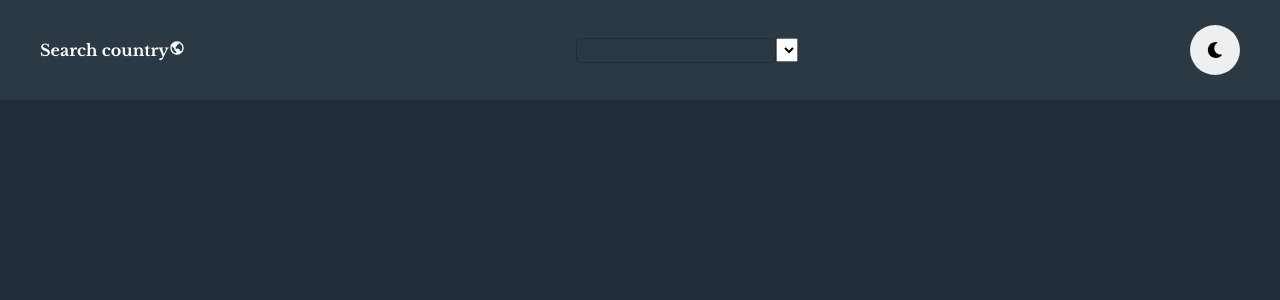
Repository: YuraKrvz/country_search
Page: /
These files come from the project's save history. The page is drawn as it stood at one moment and after the next save; the edit follows.
The browser window is 1280 px wide. The pictures show the whole page.
The page's requests for data from a server got no answer. The project was rebuilt for these pictures with package versions that can differ from the ones it lists, and the page was loaded fresh each time. No one was signed in, and anything a server would have sent is missing. Also part of the build but not shown: src/pages/PageCountry.jsx.

Above is the page before, as saved 2021-12-14 22:13:20.

After the next save:
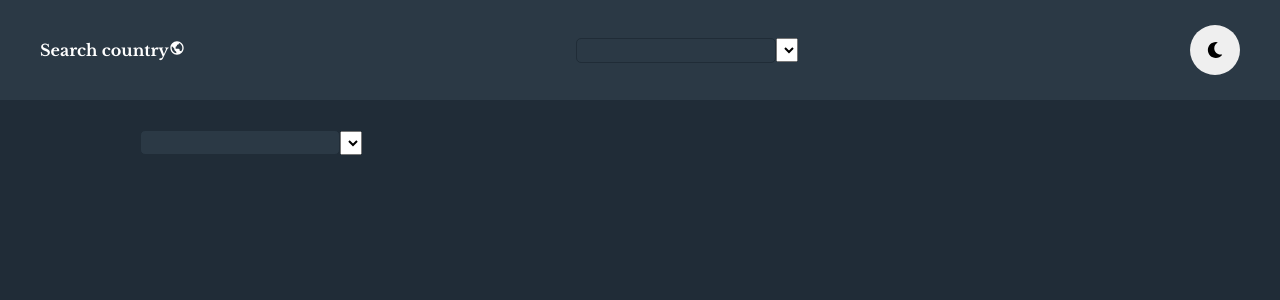
Saved 4 h 38 min later.
--- a/src/components/ListCountries.jsx
+++ b/src/components/ListCountries.jsx
@@ -1,6 +1,7 @@
 import {useState, useEffect} from 'react';
 import { Link } from 'react-router-dom';
 import styled from 'styled-components';
+import SearchToggle from './SearchToggle';
 // import {ALL_COUNTRIES } from '../config';
 
 const Section = styled.section`
@@ -55,7 +56,7 @@ const TextRegular = styled.p`
 
 
 function ListCountries({countries}) {
-   // const [countries, setCountries] = useState(null);
+   const [filteredCountries, setFilteredCountries] = useState(countries);
 
    return (
       <Section>
@@ -77,6 +78,7 @@ function ListCountries({countries}) {
                </span>
             </ItemLink>
          ))}
+         <SearchToggle />
       </Section>
    )
 }
